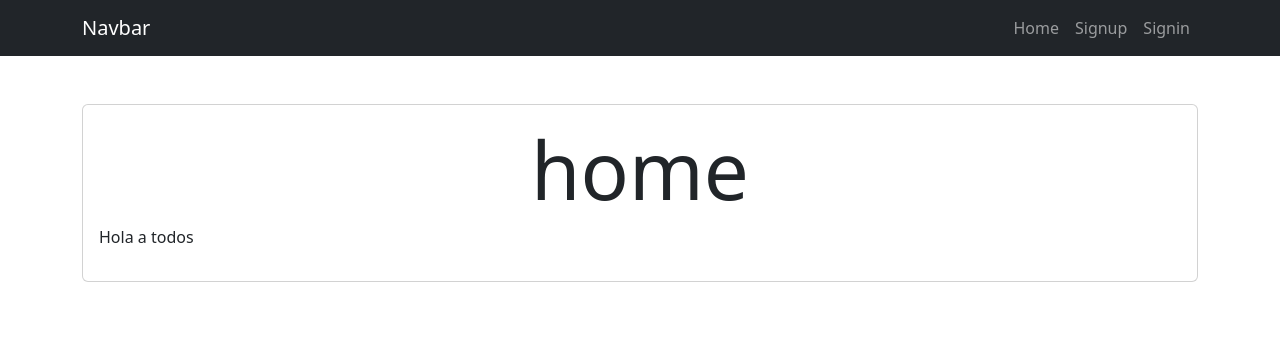
Repository: dbettancourt/django-auth-crud
Page: http://localhost/
An editor plug-in stored every save of this project. The page is shown before and after the next save, followed by the edit.
The browser window is 1280 px wide. The pictures show the whole page.
The page is served by the project's application, run on Django 4.2 (manage.py). Other server files are loaded and not shown.

Above is the page before, as saved 2023-06-06 10:25:11.

### tasks/templates/home.html
{% extends 'base.html' %}

{% block content %}

<main class="container py-5">
    <section class="card card-body">
        <h1 class="display-1 text-center">home</h1>
        <p>Hola a todos</p>
    </section>
</main>

{% endblock %}

### tasks/templates/base.html
<!DOCTYPE html>
<!--[if lt IE 7]>      <html class="no-js lt-ie9 lt-ie8 lt-ie7"> <![endif]-->
<!--[if IE 7]>         <html class="no-js lt-ie9 lt-ie8"> <![endif]-->
<!--[if IE 8]>         <html class="no-js lt-ie9"> <![endif]-->
<!--[if gt IE 8]>      <html class="no-js"> <!--<![endif]-->
<html>
    <head>
        <meta charset="utf-8">
        <meta http-equiv="X-UA-Compatible" content="IE=edge">
        <title>Pagina Base Django</title>
        <meta name="description" content="">
        <meta name="viewport" content="width=device-width, initial-scale=1">
        <link rel="stylesheet" href="">
        <link rel="stylesheet" href="https://cdn.jsdelivr.net/npm/bootstrap@5.3.0/dist/css/bootstrap.min.css">
       <link rel="stylesheet" href="https://cdn.jsdelivr.net/npm/bootstrap-icons@1.5.0/font/bootstrap-icons.css">

    </head>
    <body>
        <!--[if lt IE 7]>
            <p class="browsehappy">You are using an <strong>outdated</strong> browser. Please <a href="#">upgrade your browser</a> to improve your experience.</p>
        <![endif]-->
        <nav class="navbar navbar-expand-lg bg-dark navbar-dark">
            <div class="container">
              <a class="navbar-brand" href="#">Navbar</a>
              <button class="navbar-toggler" type="button" data-bs-toggle="collapse" data-bs-target="#navbarNav" aria-controls="navbarNav" aria-expanded="false" aria-label="Toggle navigation">
                <span class="navbar-toggler-icon"></span>
              </button>
              <div class="collapse navbar-collapse" id="navbarNav">
                <ul class="navbar-nav ms-auto">
                    <li class="nav-item">
                        <a href="/"  class="nav-link">Home</a>
                    </li>
                    {% if user.is_authenticated %}
                    <li class="nav-item">
                        <a href="/tasks"  class="nav-link">Tasks Pending</a>
                    </li>
                    <li class="nav-item">
                        <a href="/tasks_completed"  class="nav-link">Tasks Completed</a>
                    </li>
                    <li class="nav-item">
                        <a href="/tasks/create"  class="nav-link">Create task</a>
                    </li>

                    <li class="nav-item">
                        <a href="/logout"  class="nav-link">Logout</a>
                    </li>
                    {% else %}
                    <li class="nav-item">
                        <a href="/signup"  class="nav-link">Signup</a>
                    </li>
                    <li class="nav-item">
                        <a href="/signin"  class="nav-link">Signin</a>
                    </li>
                    {% endif %}
                </ul>
              </div>
            </div>
          </nav>

        <script src="" async defer></script>

        {% block content %}
        {% endblock %}

    </body>
</html>

### tasks/views.py
from django.shortcuts import render, redirect, get_object_or_404
from django.contrib.auth.forms import UserCreationForm, AuthenticationForm
from django.contrib.auth.models import User
from django.contrib.auth import login, logout, authenticate
from django.db import IntegrityError
from .forms import TaskForm
from .models import Task
from django.utils import timezone
from django.contrib.auth.decorators import login_required



# Create your views here.
def home(request):
    return render(request, 'home.html')

def signup(request):

    if request.method == 'GET':
         return render(request, 'signup.html',{
        'form': UserCreationForm
    })

    else:
        if request.POST['password1'] == request.POST['password2']:
            try:
                user = User.objects.create_user(username=request.POST['username'], password=request.POST['password1'])
                user.save()
                login(request, user)
                return redirect ('tasks')
            except IntegrityError:
                return render(request, 'signup.html',{
                    'form': UserCreationForm,
                    'error': 'El usuario ya existe'
                    })
        return render(request, 'signup.html', {
            'form': UserCreationForm,
            'error': 'Las contraseñas no coinciden'
            })

@login_required
def tasks(request):
    tasks = Task.objects.filter(user=request.user, datecompleted__isnull=True)
    return render(request, 'tasks.html', {'tasks': tasks})

@login_required
def tasks_completed(request):
    tasks = Task.objects.filter(user=request.user, datecompleted__isnull=False).order_by ('-datecompleted')
    return render(request, 'tasks.html', {'tasks': tasks})

@login_required
def create_task(request):

    if request.method == 'GET':
        return render(request, 'create_task.html', {
            'form': TaskForm
        })
    else:
        try:
            form = TaskForm(request.POST)
            new_task = form.save(commit=False)
            new_task.user = request.user
            new_task.save()
            return redirect('tasks')
        except ValueError:
            return render(request, 'create_task.html', {
                'form': TaskForm,
                'error': 'Por favor ingresar datos validos'
             })

@login_required
def task_detail(request, task_id):
    if request.method == 'GET':
        task = get_object_or_404(Task, pk=task_id, user=request.user)
        form = TaskForm(instance=task)
        return render(request, 'task_detail.html', {'task': task, 'form': form})
    else:
        try:
            task = get_object_or_404(Task, pk=task_id, user=request.user)
            form = TaskForm(request.POST, instance=task)
            form.save()
            return redirect('tasks')
        except ValueError:
            return render(request, 'task_detail.html', {'task': task, 'form': form, 'error': "Error al actualizar"})

@login_required
def complete_task(request, task_id):
    task = get_object_or_404(Task, pk=task_id, user=request.user)
    if request.method == 'POST':
        task.datecompleted = timezone.now()
        task.save()
        return redirect('tasks')

@login_required
def delete_task(request, task_id):
    task = get_object_or_404(Task, pk=task_id, user=request.user)
    if request.method == 'POST':
        task.datecompleted = timezone.now()
        task.delete()
        return redirect('tasks')

@login_required
def signout(request):
    logout(request)
    return redirect('home')

def signin(request):
    if request.method=='GET':
        return render(request, 'signin.html', {
            'form': AuthenticationForm
        })
    else:
        user = authenticate(
            request, username=request.POST['username'], password=request.POST['password'])

        if user is None:
            return render(request, 'signin.html', {
                'form': AuthenticationForm,
                'error': 'Usuario o password es incorrecta'
            })
        else:
            login(request, user)
            return redirect('tasks')

### djangocrud/urls.py
"""
URL configuration for djangocrud project.

The `urlpatterns` list routes URLs to views. For more information please see:
    https://docs.djangoproject.com/en/4.2/topics/http/urls/
Examples:
Function views
    1. Add an import:  from my_app import views
    2. Add a URL to urlpatterns:  path('', views.home, name='home')
Class-based views
    1. Add an import:  from other_app.views import Home
    2. Add a URL to urlpatterns:  path('', Home.as_view(), name='home')
Including another URLconf
    1. Import the include() function: from django.urls import include, path
    2. Add a URL to urlpatterns:  path('blog/', include('blog.urls'))
"""
from django.contrib import admin
from django.urls import path
from tasks import views

urlpatterns = [
    path('admin/', admin.site.urls),
    path('', views.home, name='home'),
    path('signup/', views.signup, name='signup'),
    path('tasks/', views.tasks, name='tasks'),
    path('tasks_completed/', views.tasks_completed, name='_completed'),
    path('tasks/create/', views.create_task, name='create_tasks'),
    path('tasks/<int:task_id>/', views.task_detail, name='task_detail'),
    path('tasks/<int:task_id>/complete', views.complete_task, name='complete_task'),
    path('tasks/<int:task_id>/delete', views.delete_task, name='delete_task'),
    path('logout/', views.signout, name='logout'),
    path('signin/', views.signin, name='signin')
]

After the next save:
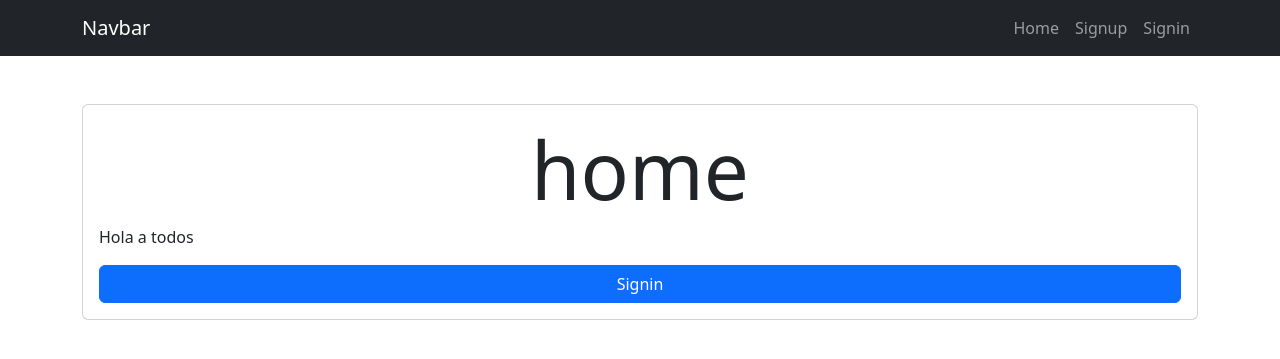
Saved 89 s later.
--- a/tasks/templates/home.html
+++ b/tasks/templates/home.html
@@ -6,6 +6,11 @@
     <section class="card card-body">
         <h1 class="display-1 text-center">home</h1>
         <p>Hola a todos</p>
+
+        <button class="btn btn-primary">
+            Signin
+        </button>
+
     </section>
 </main>
 
